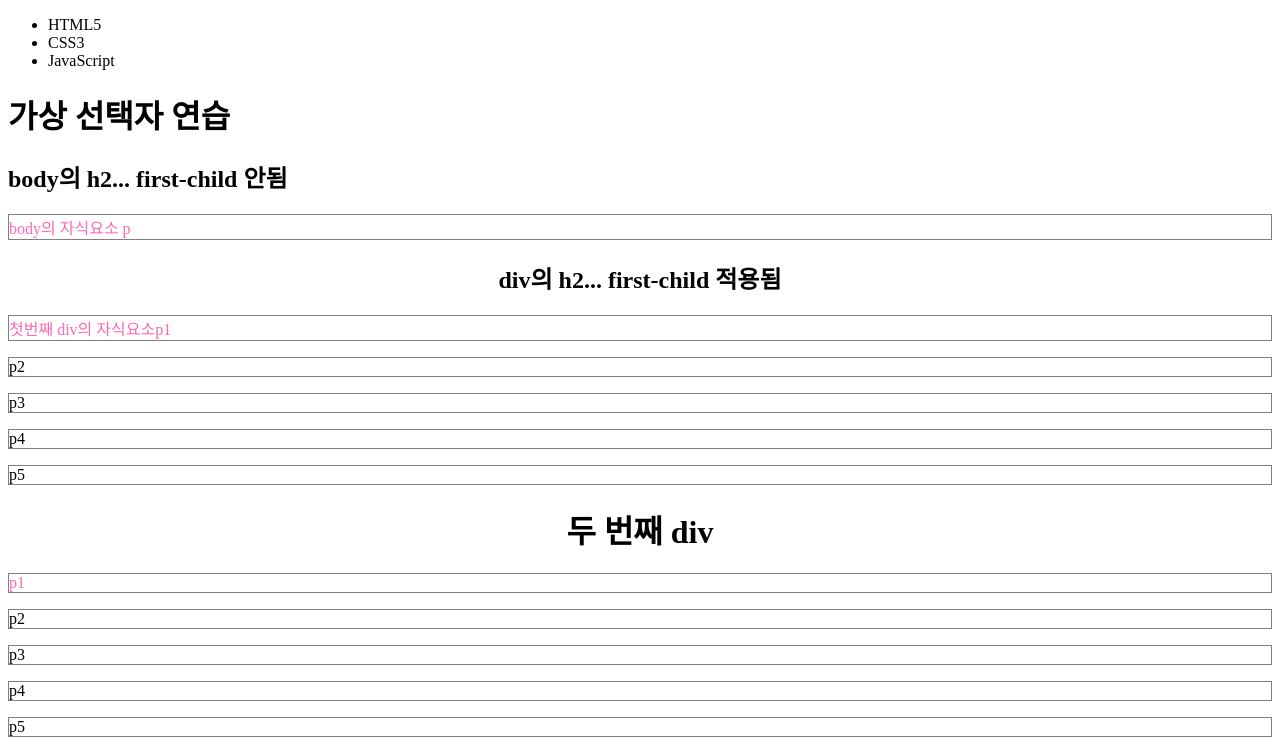
Repository: 753kg/753kg.github.io
Page: KOSTA/webProject/WebContent/day3/virtualSelector.html
These files come from the project's save history. The page is drawn as it stood at one moment and after the next save; the edit follows.
The browser window is 1280 px wide. The pictures show the whole page.

Above is the page before, as saved 2021-03-31 03:10:49.

### KOSTA/webProject/WebContent/day3/virtualSelector.html
<!DOCTYPE html>
<html>
<head>
<meta charset="UTF-8">
<title>first-child vs first-of-type</title>
</head>
<style>
  p{ border:1px solid gray; }
  /* first-child : 자식요소로 첫번째*/
  p:first-child { /* 자식요소인 모든 태그 중에서 p가 첫번째로 나오면*/
	background-color: orange;
  }
  p:first-of-type { /* 자식요소 p태그 중에서 처음 나온 p태그 */
	color: hotpink;
  }
  h1:first-child{ text-align: center; }
  h2:first-child{ text-align: center; }

</style>

<body>

  <ul>
    <li>HTML5</li>
    <li>CSS3</li>
    <li>JavaScript</li>
  </ul>






  <h1>가상 선택자 연습</h1>
  <h2>body의 h2... first-child 안됨</h2>
  <p>body의 자식요소 p</p>

  <div>
    <h2>div의 h2... first-child 적용됨</h2>
  	<p>첫번째 div의 자식요소p1</p>
 	<p>p2</p>
	<p>p3</p>
	<p>p4</p>
	<p>p5</p>
  </div>

  <div>
    <h1>두 번째 div</h2>
  	<p>p1</p>
 	<p>p2</p>
	<p>p3</p>
	<p>p4</p>
	<p>p5</p>
  </div>

</body>
</html>

After the next save:
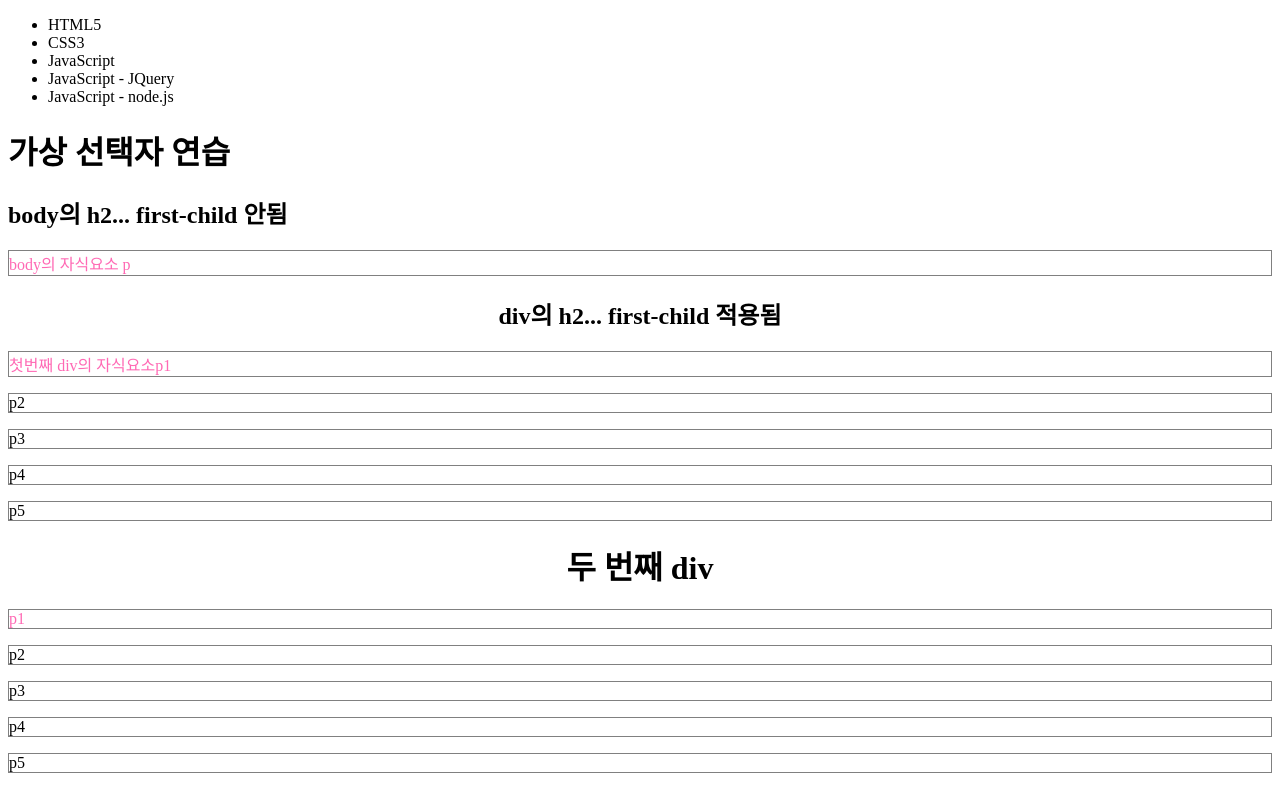
Saved 30 s later.
--- a/KOSTA/webProject/WebContent/day3/virtualSelector.html
+++ b/KOSTA/webProject/WebContent/day3/virtualSelector.html
@@ -24,6 +24,8 @@
     <li>HTML5</li>
     <li>CSS3</li>
     <li>JavaScript</li>
+    <li>JavaScript - JQuery</li>
+    <li>JavaScript - node.js</li>
   </ul>
 
 
